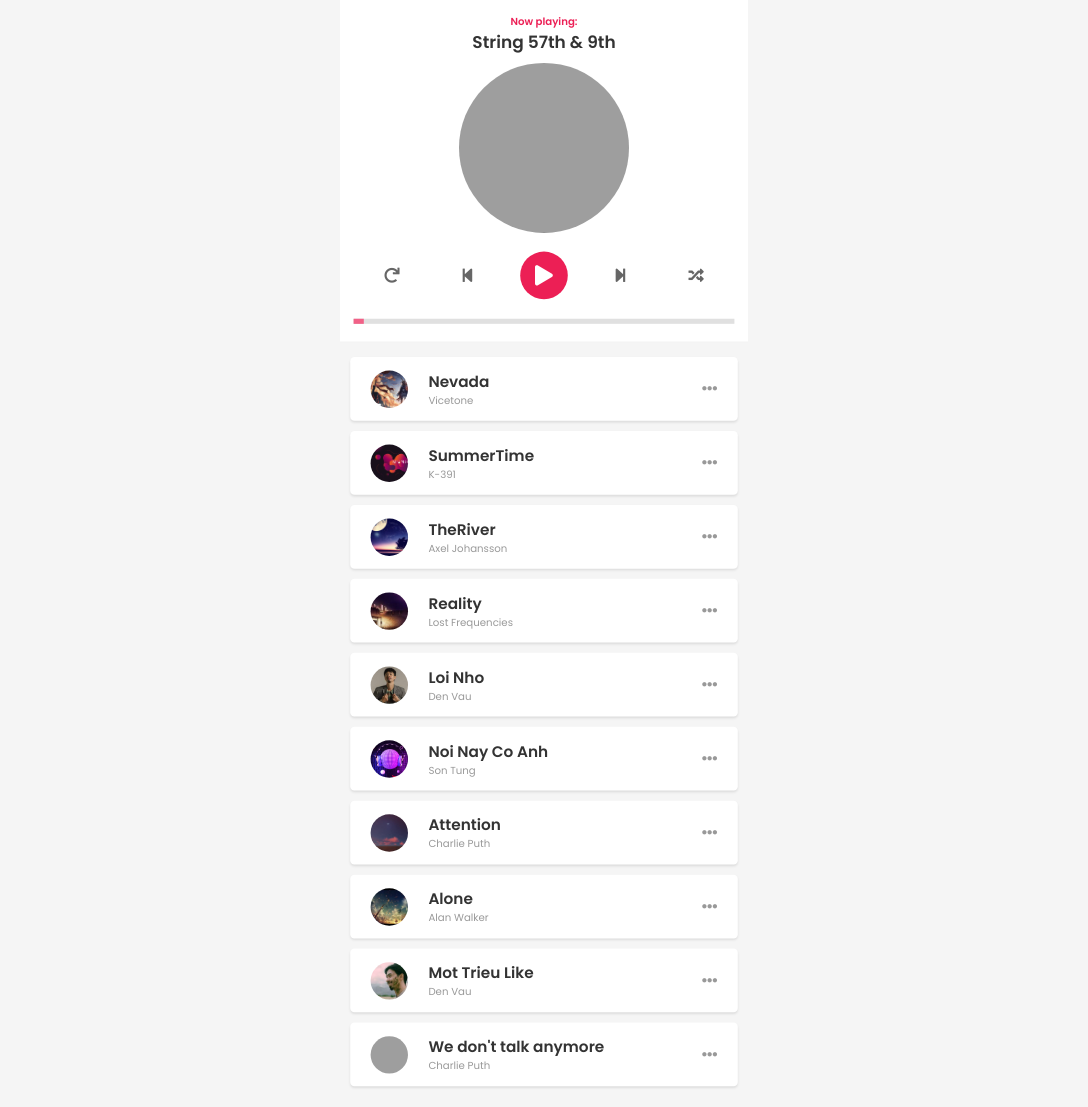
Repository: ahihison/MusicPlayer
Page: index.html
The author's editor kept a copy of each file at every save. The page is drawn from the files as they stood at one save, then again after a run of saves.
The browser window is 1280 px wide. The pictures show the whole page, at 85% of full size.
Pictures or frames that could not be fetched are drawn as grey boxes.

Above is the page before, as saved 2022-08-24 10:46:51.

After the next 4 saves:
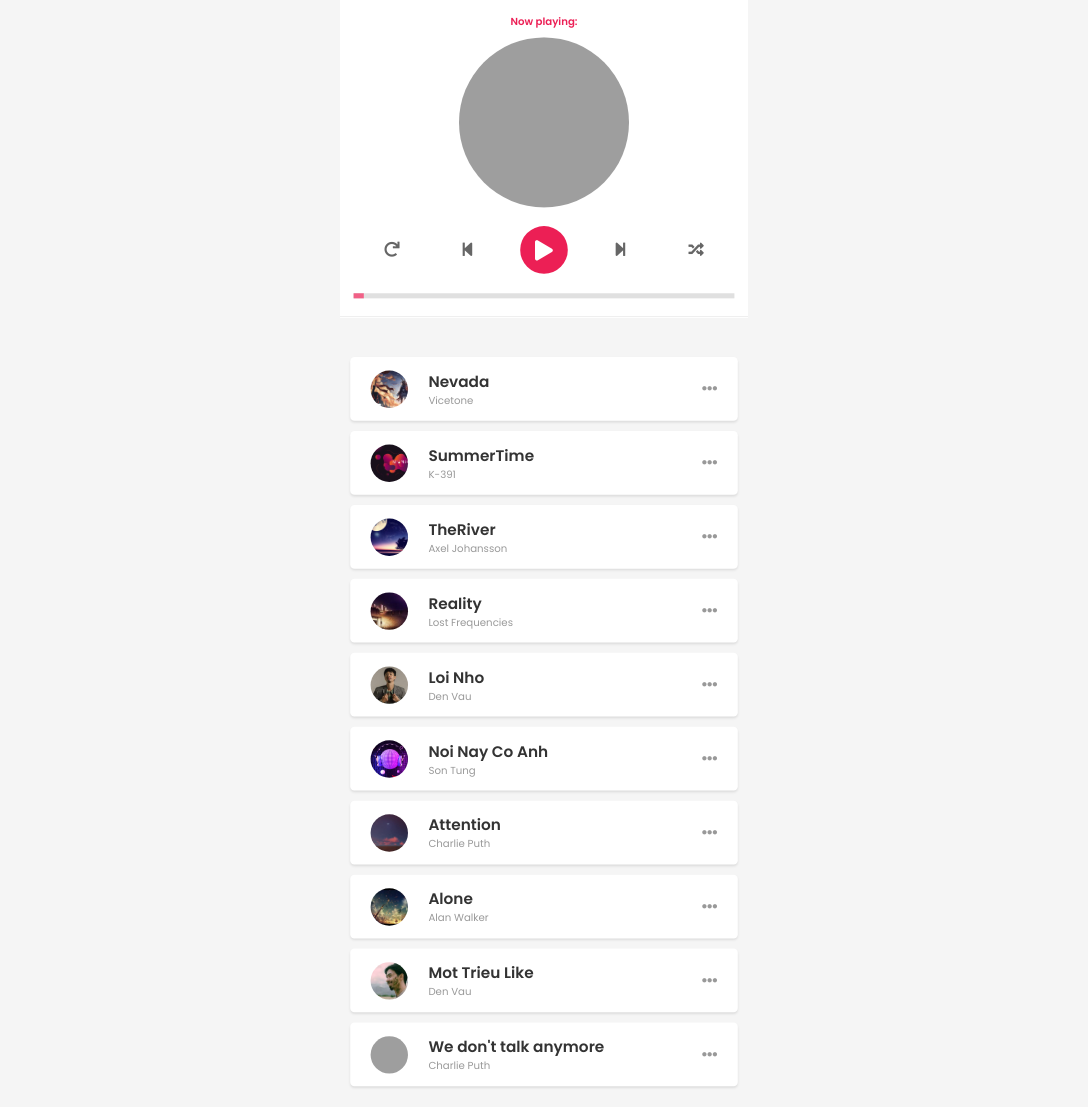
The 4 saves are shown as one change because they came seconds apart.
The last was saved 50 s later.
--- a/index.html
+++ b/index.html
@@ -200,7 +200,7 @@ const header = $('header h2')
 const cdThumb = $('.cd-thumb')
 const audio = $('#audio')
 
-console.log(header, cdThumb, audio)
+header.textContent = cdThumb.textContent
 
 
   },
